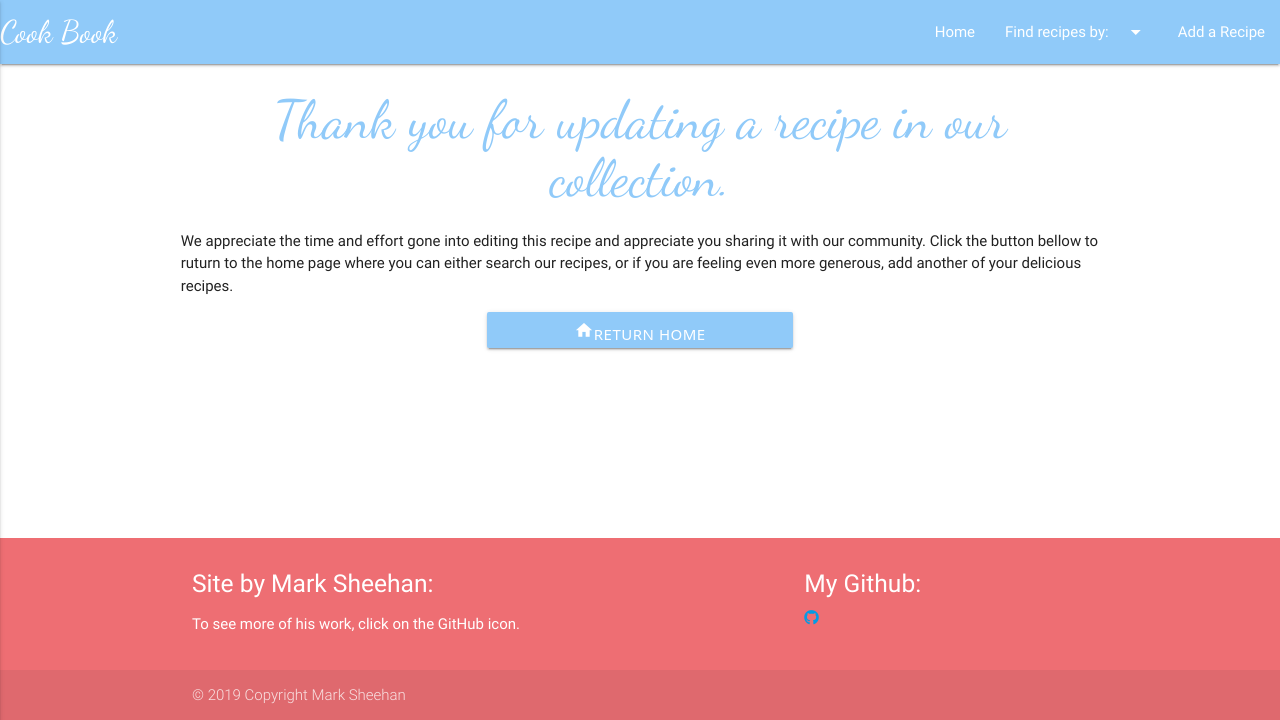
Repository: MarkSheehan72/milestone-project-3
Page: http://localhost/thanks_update
The author's editor kept a record of every edit. The page is drawn from the files as they stood at one moment, then again after the next edit.
The browser window is 1280 px wide. The pictures show the whole page.
Some web fonts or font styles are not loaded; a fallback is used. Some web libraries are served in a nearby version. The page is served by the project's application, run on Flask 3 (app.py).

Above is the page before.

### templates/thanks_update.html
{% extends 'base.html' %} {% block content%}


<!--Thanks you (update) page:-->
<!--Users are sent to this page after they edit a recipe.-->
<!--This gives users assured feedback that their recipe has been edited.-->

<div class="row">
    <h2 class="center-align title-font center blue-text text-lighten-3">Thank you for updating a recipe in our collection.</h2>
    <p class="center_align">We appreciate the time and effort gone into editing this recipe and appreciate you sharing it with our community. Click the button
    bellow to ruturn to the home page where you can either search our recipes, or if you are feeling even more generous, add another of your
    delicious recipes.</p>
    <a href="{{url_for('index')}}" class="waves-effect waves-light btn blue lighten-3 standard-font hoverable col s12 m4 offset-m4"><i class="material-icons">home</i>Return Home</a>
</div>




{% endblock %}

### templates/base.html
<!DOCTYPE html>
<html lang="en">

<head>
    <meta charset="UTF-8">
    <meta name="viewport" content="width=device-width, initial-scale=1.0">
    <meta http-equiv="X-UA-Compatible" content="ie=edge">
    <title>Cookbook</title>

    <link href="https://fonts.googleapis.com/icon?family=Material+Icons" rel="stylesheet">
    <link rel="stylesheet" href="https://cdnjs.cloudflare.com/ajax/libs/materialize/0.100.2/css/materialize.min.css">
    <link rel="stylesheet" href="https://cdnjs.cloudflare.com/ajax/libs/font-awesome/5.9.0/css/all.min.css"/>
    <link href="https://fonts.googleapis.com/css?family=Dancing+Script|Source+Serif+Pro&display=swap" rel="stylesheet">
    <link rel="stylesheet" href="{{url_for('static', filename='css/style.css')}}" type="text/css" />

</head>

<body>

<!--Navbar:-->
<!--Split into the normal and mobile versions.-->
    <header>
        <ul id="dropdown1" class="dropdown-content">
            <li><a href="{{url_for('search_recipe_title')}}">Recipe Title</a></li>
            <li class="divider"></li>
            <li><a href="{{url_for('search_cuisine')}}">Cuisine</a></li>
            <li class="divider"></li>
            <li><a href="{{url_for('search_ingredient')}}">Ingredients</a></li>
            <li class="divider"></li>
            <li><a href="{{url_for('search_username')}}">Your Username</a></li>
        </ul>
        <nav>
            <div class="nav-wrapper blue lighten-3">
                <a href="{{url_for('index')}}" class="brand-logo title-font">Cook Book</a>
                <a href="#" data-activates="mobile-demo" class="button-collapse"><i class="material-icons">menu</i></a>
                <ul id="nav-mobile" class="right hide-on-med-and-down">
                    <li><a href="{{url_for('index')}}">Home</a></li>
                    <li><a class="dropdown-button" href="#!" data-beloworigin="true" data-activates="dropdown1">Find recipes by:<i class="material-icons right">arrow_drop_down</i></a></li>
                    <li><a href="{{url_for('add_recipe')}}">Add a Recipe</a></li>
                </ul>
                <ul class="side-nav" id="mobile-demo">
                    <li><a href="{{url_for('index')}}">Home</a></li>
                    <li><a href="{{url_for('get_recipes')}}">Find a Recipe</a></li>
                    <li><a href="{{url_for('add_recipe')}}">Add a Recipe</a></li>
                </ul>
            </div>
        </nav>
    </header>

<!--Block content:-->
<!--Div for the block content extended from other pages.-->
    <main>
        <div class="container">
            {% block content %} {% endblock %}

        </div>
    </main>

    <footer class="page-footer">
        <div class="container">
            <div class="row">
                <div class="col l6 s12">
                    <h5 class="white-text">Site by Mark Sheehan:</h5>
                    <p>To see more of his work, click on the GitHub icon.</p>
                </div>
                <div class="col l4 offset-l2 s12">
                    <h5 class="white-text">My Github:</h5>
                    <a href="https://github.com/MarkSheehan72"><i class="fab fa-github"></i></a>
                </div>
            </div>
        </div>
        <div class="footer-copyright">
            <div class="container">
                © 2019 Copyright Mark Sheehan
            </div>
        </div>
    </footer>

<!--Javascript/JQuery content:-->
<!--Linked Javascript content and JQuery functions from Materialize.-->
    <script src="https://cdnjs.cloudflare.com/ajax/libs/jquery/3.2.1/jquery.min.js"></script>
    <script src="https://cdnjs.cloudflare.com/ajax/libs/materialize/0.100.2/js/materialize.min.js"></script>
    <script type="text/javascript">
        $(document).ready(function() {
            $('.collapsible').collapsible();
            $(".button-collapse").sideNav();
            $(".dropdown-button").dropdown({ hover: true });
            $('.modal').modal();
            $('.parallax').parallax();
        });
    </script>

</body>

</html>

### app.py
import os
from flask import Flask, render_template, redirect, request, url_for
from flask_pymongo import PyMongo
from bson.objectid import ObjectId
from itertools import islice

app = Flask(__name__)

app.config["MONGO_DBNAME"] = 'cook_book'
app.config["MONGO_URI"] = 'mongodb+srv://root:r00tUser@myfirstcluster-chhcw.mongodb.net/cook_book?retryWrites=true&w=majority'

mongo = PyMongo(app)


#////////////////////////////////////////////////# Home Page
@app.route('/')
@app.route('/index')
def index():
    recipes=mongo.db.recipes.find().sort("views", -1)
    return render_template("index.html", recipes=recipes)


#////////////////////////////////////////////////# Add recipe page
@app.route('/add_recipe')
def add_recipe():
    recipes=mongo.db.recipes.find()
    categories=mongo.db.categories.find()
    return render_template("addrecipe.html", recipes=recipes, categories=categories)


#////////////////////////////////////////////////# Function for inserting a recipe as a document in MongoDB. Once a user has added a recipe,
#////////////////////////////////////////////////# they will be redirecte to thanks.html, which is just a confirmation for the viewer that they
#////////////////////////////////////////////////# have successfully added a recipe to the app.
@app.route('/insert_recipe', methods=['POST'])
def insert_recipe():
    recipes = mongo.db.recipes
    recipes.insert(
    {
        'recipe_title': request.form.get('recipe_title').lower(),
        'recipe_description': request.form.get('recipe_description').lower(),
        'recipe_cuisine': request.form.get('recipe_cuisine').lower(),
        'user':
            {'name': request.form.get('user_name').lower(),
            'country': request.form.get('user_country').lower()},
        'ingredients':
            [
                {
                        'name': request.form.get('ingredient_name_1').lower(),
                        'amount': request.form.get('ingredient_amount_1').lower(),
                        'allergen': request.form.get('ingredient_allergen_1').lower()
                },
                {
                        'name': request.form.get('ingredient_name_2').lower(),
                        'amount': request.form.get('ingredient_amount_2').lower(),
                        'allergen': request.form.get('ingredient_allergen_2').lower()
                },
                {
                        'name': request.form.get('ingredient_name_3').lower(),
                        'amount': request.form.get('ingredient_amount_3').lower(),
                        'allergen': request.form.get('ingredient_allergen_3').lower()
                },
                {
                        'name': request.form.get('ingredient_name_4').lower(),
                        'amount': request.form.get('ingredient_amount_4').lower(),
                        'allergen': request.form.get('ingredient_allergen_4').lower()
                },
                {
                        'name': request.form.get('ingredient_name_5').lower(),
                        'amount': request.form.get('ingredient_amount_5').lower(),
                        'allergen': request.form.get('ingredient_allergen_5').lower()
                },
                {
                        'name': request.form.get('ingredient_name_6').lower(),
                        'amount': request.form.get('ingredient_amount_6').lower(),
                        'allergen': request.form.get('ingredient_allergen_6').lower()
                },
                {
                        'name': request.form.get('ingredient_name_7').lower(),
                        'amount': request.form.get('ingredient_amount_7').lower(),
                        'allergen': request.form.get('ingredient_allergen_7').lower()
                },
                {
                        'name': request.form.get('ingredient_name_8').lower(),
                        'amount': request.form.get('ingredient_amount_8').lower(),
                        'allergen': request.form.get('ingredient_allergen_8').lower()
                },
                {
                        'name': request.form.get('ingredient_name_9').lower(),
                        'amount': request.form.get('ingredient_amount_9').lower(),
                        'allergen': request.form.get('ingredient_allergen_9').lower()
                },
                {
                        'name': request.form.get('ingredient_name_10').lower(),
                        'amount': request.form.get('ingredient_amount_10').lower(),
                        'allergen': request.form.get('ingredient_allergen_10').lower()
                }
            ],
        'method': request.form.getlist('recipe_method'),
        'image': request.form.get('image')
    })
    return redirect(url_for('thanks'))


#////////////////////////////////////////////////Thank you page - users are sent to this page after they submit a recipe.
#////////////////////////////////////////////////This gives users assured feedback that their recipe has been added.
@app.route('/thanks')
def thanks():
    return render_template("thanks.html")


#////////////////////////////////////////////////Page linked from pressing the "Find Recipe" button on index.html.
#////////////////////////////////////////////////Also linked from the "Find Recipes" option in the mobile side nav.
@app.route('/get_recipes')
def get_recipes():
    recipes=mongo.db.recipes.find()
    categories=mongo.db.categories.find()
    return render_template("recipes.html", recipes=recipes, categories=categories)


# @app.route('/search_category/<category_id>')
# def search_category(category_id):
#     the_category = mongo.db.categories.find({'_id': ObjectId(category_id)})
#     all_categories = mongo.db.categories.find()
#     recipes=mongo.db.recipes.find()
#     return render_template("search_category.html", recipes=recipes, category=the_category, categories=all_categories)


# @app.route('/search_recipes/<category_id>', methods=['POST'])
# def search_recipes(category_id):
#     the_category = mongo.db.categories.find({'_id': ObjectId(category_id)})
#     all_categories = mongo.db.categories.find()
#     recipes=mongo.db.recipes.find()
#     search = request.form.get('search_recipes')
#     title_search = mongo.db.recipes.find({"recipe_title": {"$regex":search}})
#     cuisine_search = mongo.db.recipes.find({"recipe_cuisine": {"$regex":search}})
#     ingredients_search = mongo.db.recipes.find({"ingredients.name": {"$regex":search}})
#     return render_template("search_recipes.html", recipes=recipes, category=the_category, categories=all_categories, title_search=title_search, cuisine_search=cuisine_search, ingredients_search=ingredients_search)


#////////////////////////////////////////////////Search Views:
#////////////////////////////////////////////////The following views provide users with a search page for their desired search category,
#////////////////////////////////////////////////and the search results from those pages.

@app.route('/search_username')
def search_username():
    recipes=mongo.db.recipes.find()
    return render_template("search_username.html", recipes=recipes)


@app.route('/search_recipes_by_username', methods=['POST'])
def search_recipes_by_username():
    recipes=mongo.db.recipes.find()
    search = request.form.get('search_recipes_by_username').lower()
    username_search = mongo.db.recipes.find({"user.name": {"$regex":search}}).sort("views", -1)
    count = username_search.count()
    return render_template("search_recipes_by_username.html", recipes=recipes, username_search=username_search, count=count)


@app.route('/search_cuisine')
def search_cuisine():
    recipes=mongo.db.recipes.find()
    return render_template("search_cuisine.html", recipes=recipes)


@app.route('/search_recipes_by_cuisine', methods=['POST'])
def search_recipes_by_cuisine():
    recipes=mongo.db.recipes.find()
    search = request.form.get('search_recipes_by_cuisine').lower()
    cuisine_search = mongo.db.recipes.find({"recipe_cuisine": {"$regex":search}}).sort("views", -1)
    count = cuisine_search.count()
    return render_template("search_recipes_by_cuisine.html", recipes=recipes, cuisine_search=cuisine_search, count=count)


@app.route('/search_ingredient')
def search_ingredient():
    recipes=mongo.db.recipes.find()
    return render_template("search_ingredient.html", recipes=recipes)


@app.route('/search_recipes_by_ingredient', methods=['POST'])
def search_recipes_by_ingredient():
    recipes=mongo.db.recipes.find()
    search = request.form.get('search_recipes_by_ingredient').lower()
    ingredient_search = mongo.db.recipes.find({"ingredients.name": {"$regex":search}}).sort("views", -1)
    count = ingredient_search.count()
    return render_template("search_recipes_by_ingredient.html", recipes=recipes, ingredient_search=ingredient_search, count=count)


@app.route('/search_recipe_title')
def search_recipe_title():
    recipes=mongo.db.recipes.find()
    return render_template("search_recipe_title.html", recipes=recipes)


@app.route('/search_recipes_by_recipe_title', methods=['POST'])
def search_recipes_by_recipe_title():
    recipes=mongo.db.recipes.find()
    search = request.form.get('search_recipes_by_recipe_title').lower()
    recipe_title_search = mongo.db.recipes.find({"recipe_title": {"$regex":search}}).sort("views", -1)
    count = recipe_title_search.count()
    return render_template("search_recipes_by_recipe_title.html", recipes=recipes, recipe_title_search=recipe_title_search, count=count)


#////////////////////////////////////////////////The recipe view:
#////////////////////////////////////////////////The page for the particular recipe picked by the user.
@app.route('/the_recipe/<recipe_id>')
def the_recipe(recipe_id):
    the_recipe = mongo.db.recipes.find({'_id': ObjectId(recipe_id)})
    mongo.db.recipes.update({'_id': ObjectId(recipe_id)}, { '$inc': { 'views': 1 } })
    return render_template("the_recipe.html", recipe=the_recipe)


#////////////////////////////////////////////////Edit recipe view:
#////////////////////////////////////////////////Where users can edit the details of a selected recipe.
@app.route('/edit_recipe/<recipe_id>')
def edit_recipe(recipe_id):
    the_recipe = mongo.db.recipes.find_one({'_id': ObjectId(recipe_id)})
    return render_template('edit_recipe.html', recipe=the_recipe)

@app.route('/update_recipe/<recipe_id>', methods=['POST'])
def update_recipe(recipe_id):
    recipes = mongo.db.recipes

    #Get an array of each ingredient element:
    ingredients_name = request.form.getlist('ingredient_name')
    ingredients_amount = request.form.getlist('ingredient_amount')
    ingredients_allergen = request.form.getlist('ingredient_allergen')

    #Loops through each array and creates an object containing each ingredient's name, amount and allergen info.
    #Then appends this collection of objects to an array (ingredients_array):
    ingredients_array = []
    for name, amount, allergen in islice(zip(ingredients_name, ingredients_amount, ingredients_allergen), 0, None):
        temporary_object = {}
        temporary_object.update({'name': name.lower()})
        temporary_object.update({'amount': amount.lower()})
        temporary_object.update({'allergen': allergen.lower()})
        ingredients_array.append(temporary_object)

    #Updates the recipe fields:
    recipes.update( {'_id': ObjectId(recipe_id)},
    {
        'recipe_title': request.form.get('recipe_title').lower(),
        'recipe_description': request.form.get('recipe_description').lower(),
        'recipe_cuisine': request.form.get('recipe_cuisine').lower(),
        'user':
            {'name': request.form.get('user_name').lower(),
            'country': request.form.get('user_country').lower()},
        'ingredients': ingredients_array,
        'method': request.form.getlist('recipe_method'),
        'image': request.form.get('image')
    })
    return redirect(url_for('thanks_update'))


#////////////////////////////////////////////////Thank you (update) page - users are sent to this page after they edit a recipe.
#////////////////////////////////////////////////This gives users assured feedback that their recipe has been edited.
@app.route('/thanks_update')
def thanks_update():
    return render_template("thanks_update.html")


#////////////////////////////////////////////////Delete recipe view:
#////////////////////////////////////////////////Where users can delete a selected recipe.
@app.route('/delete_recipe/<recipe_id>')
def delete_recipe(recipe_id):
    recipes = mongo.db.recipes
    recipes.remove({'_id': ObjectId(recipe_id)})
    return redirect(url_for('index'))


if __name__ == '__main__':
    app.run(host=os.environ.get('IP'),
    port=int(os.environ.get('PORT')),
    debug=True)

### static/css/style.css
@import url('https://fonts.googleapis.com/css?family=Noto+Sans|Dancing+Script&display=swap');

body {
    display: flex;
    min-height: 100vh;
    flex-direction: column;
}

main {
    flex: 1 0 auto;
}

a {
    text-decoration: none;
}


/*Fonts*/

.title-font {
    font-family: 'Dancing Script', cursive;
}

.standard-font {
    font-family: 'Noto Sans', sans-serif;
}


/*Height for Parallax Container*/
.parallax-container {
    height: 400px;
    margin-top: 10px;
    }

/*.modal-footer {*/
/*    text-align: center;*/
/*}*/


/*i.material-icons {*/
/*    padding-right: 5px;*/
/*}*/


/*.small{*/
/*    height: 200px;*/
/*}*/


/*.small-recipe-card {*/
/*    min-height: 170px;*/
/*}*/


/*a {*/
/*    font-size: 16px;*/
/*}*/


/*#index-img {*/
/*    max-height: 210px;*/
/*    margin-bottom: 10px;*/
/*}*/

/*#get-recipes-img {*/
/*    max-height: 170px;*/
/*}*/

/*.get_recipes_card {*/
/*    height: 200px;*/
/*    background-image: url("https://www.goodfreephotos.com/cache/food/cooking-ingredients-with-avocado-mushrooms-eggs.jpg")*/
/*}*/

/*.fixeditem{*/
/*    display:block;*/
/*    width:100%;*/
/*    height:200px;*/
/*    background-image:url(https://images.pexels.com/photos/342019/pexels-photo-342019.jpeg?auto=compress&cs=tinysrgb&dpr=2&h=650&w=940);*/
/*    overflow:scroll;*/
/*    }*/


/*.card-panel {*/
/*    margin-right: 5px;*/
/*}*/

After the next edit:
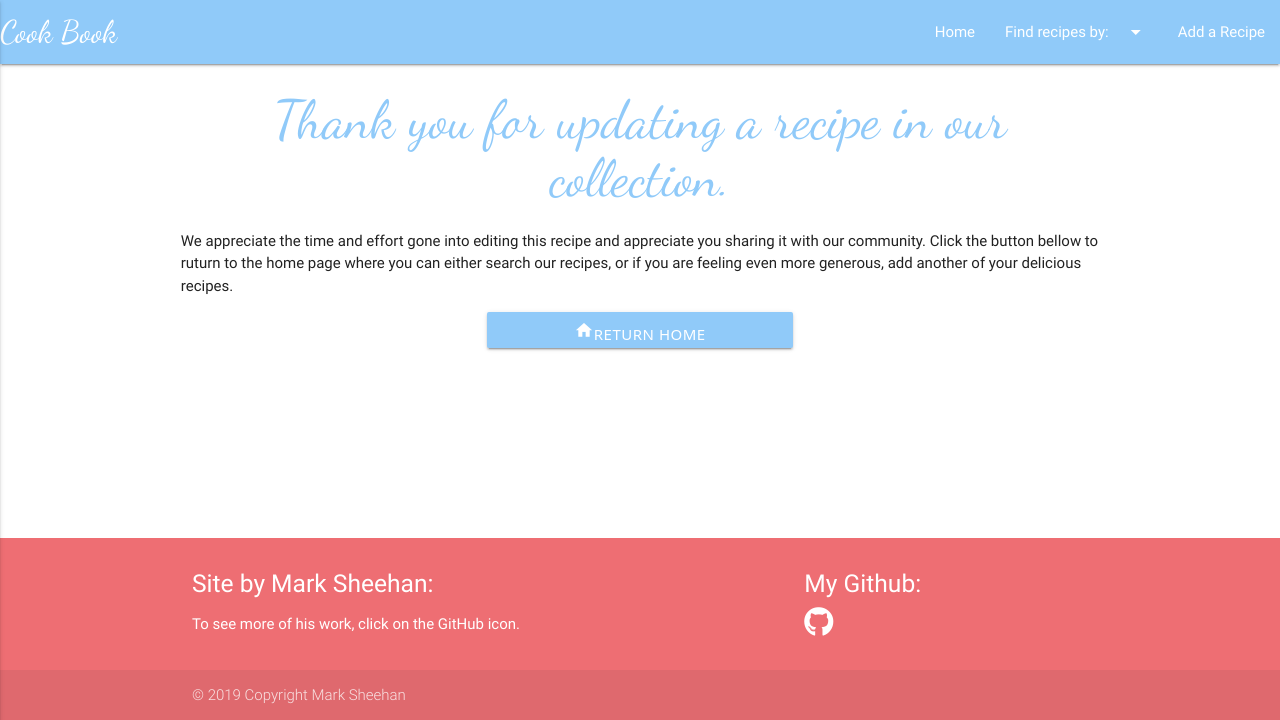
The edit:
--- a/templates/base.html
+++ b/templates/base.html
@@ -65,7 +65,7 @@
                 </div>
                 <div class="col l4 offset-l2 s12">
                     <h5 class="white-text">My Github:</h5>
-                    <a href="https://github.com/MarkSheehan72"><i class="fab fa-github"></i></a>
+                    <a href="https://github.com/MarkSheehan72"><i class="fab fa-github fa-2x white-text"></i></a>
                 </div>
             </div>
         </div>
